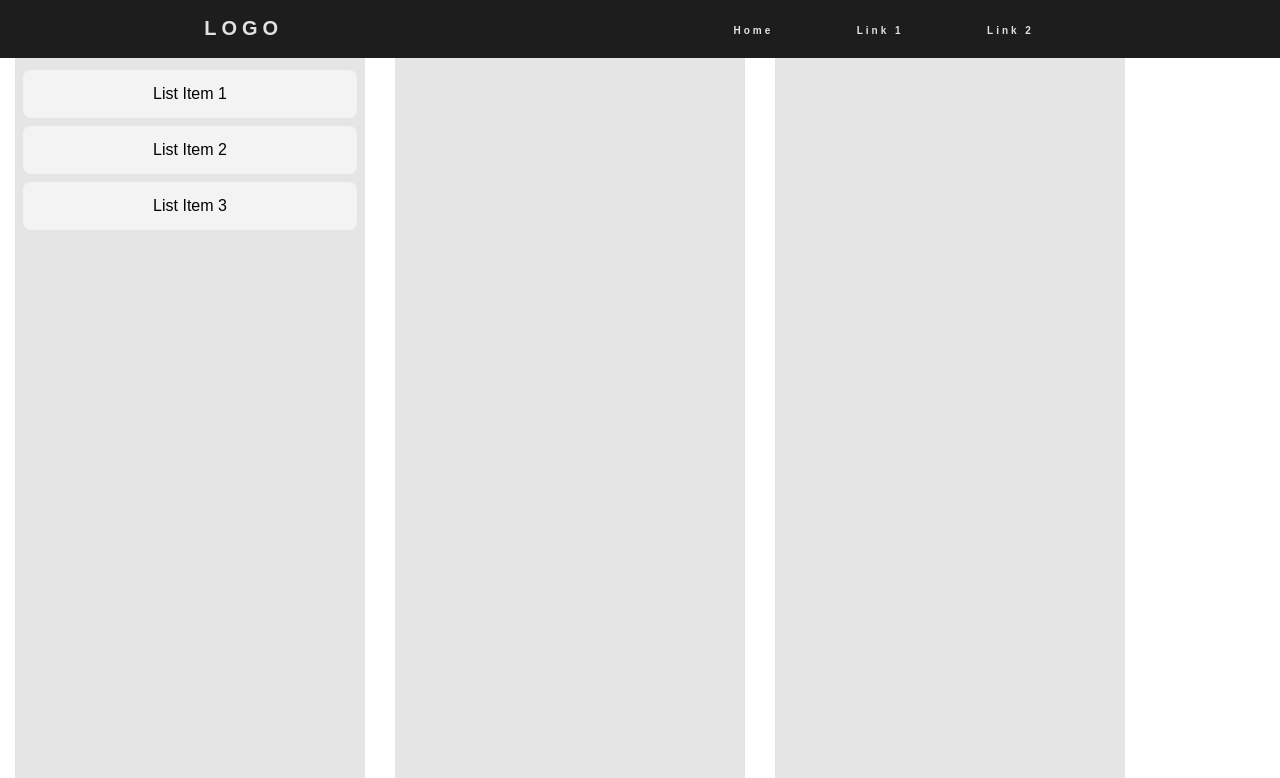
Repository: nourabdelhakam/drag-drop
Page: index.html
These files come from the project's save history. The page is drawn as it stood at one moment and after the next save; the edit follows.
The browser window is 1280 px wide. The pictures show the whole page.

Above is the page before, as saved 2020-07-03 07:26:41.

### index.html
<!DOCTYPE html>
<html lang="en">
<head>
    <meta charset="UTF-8">
    <meta name="viewport" content="width=device-width, initial-scale=1.0">
    <meta http-equiv="X-UA-Compatible" content="ie=edge">
    <title>Drag & Drop</title>
    <link rel="stylesheet" href="nav/nav.css">
    <link rel="stylesheet" href="css/main.css">
</head>
<body>

    <!-- <nav> -->
        <nav>
            <div class="logo">
                <h4>LOGO</h4>
            </div>
            <ul class="nav-links">
                <li><a href="">Home</a></li>
                <li><a href="">Link 1</a></li>
                <li><a href="">Link 2</a></li>
            </ul>
            <div class="burger">
                <div class="line1"></div>
                <div class="line2"></div>
                <div class="line3"></div>
            </div>
        </nav>
      <!-- </nav> end of nav -->

      <div class="container">
          <div class="lists">
              <div class="list">
                  <div class="list-item" draggable="true">List Item 1</div>
                  <div class="list-item" draggable="true">List Item 2</div>
                  <div class="list-item" draggable="true">List Item 3</div>
              </div>
              <div class="list"></div>
              <div class="list"></div>
          </div>
      </div>


    <script src="main.js" type="text/javascript"></script>
    <script src="nav/nav.js" type="text/javascript"></script>
</body>
</html>

### nav/nav.css
nav {
    display: flex;
    justify-content: space-around;
    align-items: center;
    min-height: 8vh;
    background-color: #1D1D1D;
    font-family: "Poppins", sans-serif;
}
.logo {
    color: rgb(226, 226, 226);
    text-transform: uppercase;
    letter-spacing: 5px;
    font-size: 20px;
}
.nav-links {
    display: flex;
    justify-content: space-around;
    width: 30%;
}
.nav-links li {
    list-style: none;
}
.nav-links a {
    color: rgb(226, 226, 226);
    text-decoration: none;
    letter-spacing: 3px;
    font-weight: bold;
    font-size: 10px;
}
.burger {
    display: none;
    cursor: pointer;
}
.burger div {
    width: 25px;
    height: 3px;
    background-color: rgb(226, 226, 226);
    margin: 5px;
    transition: all 0.3s ease;
}


@media screen and (max-width:1024px) {
    .nav-links {
        width: 60%;
    }
}

@media screen and (max-width:768px) {

    body {
        overflow-x: hidden;
    }
    .nav-links {
        position: absolute;
        right: 0px;
        height: 92vh;
        top: 8vh;
        background-color: #1D1D1D;
        display: flex;
        flex-direction: column;
        align-items: center;
        width: 50%;
        transform: translatex(100%);
        transition: transform 0.5s ease-in;
    }
    .nav-links li {
        opacity: 0;
    }
    .burger {
        display: block;
    }
}

.nav-active {
    transform: translatex(0%);
}

@keyframes navLinkFade {
    from {
        opacity: 0;
        transform: translatex(50%);
    }
    to {
        opacity: 1;
        transform: translatex(0%);
    }
}

.toggle .line1 {
    transform: rotate(-45deg) translate(-5px, 6px);
}
.toggle .line2 {
    opacity: 0;
}
.toggle .line3 {
    transform: rotate(45deg) translate(-5px, -6px);
}

.landing {
    height: 90vh;
    display: flex;
    justify-content: center;
    align-items: center;
}
.landing h1 {
    margin: 100px;
    font-size: 50px;
    color: #ae5fce;
}

### css/main.css
* {
    margin: 0;
    padding: 0;
    box-sizing: border-box;
}
body {
    font-family: Arial, Helvetica, sans-serif;
}
.container {
    display: flex;
    flex-flow: column;
    width: 100vw;
    height: 100vh;
}
.lists {
    display: flex;
    flex: 1;
    width: 100%;
    /* overflow: scroll; */
}
.lists .list {
    display: flex;
    flex-flow: column;
    flex: 1;

    width: 100%;
    min-width: 250px;
    max-width: 350px;
    height: 100%;
    min-height: 150px;

    background-color: rgba(0, 0, 0, 0.1);
    margin: 0 15px;
    padding: 8px;
    transition: all 0.2s linear;
}
.lists .list .list-item {
    background-color: #F3F3F3;
    border-radius: 8px;
    padding: 15px 20px;
    text-align: center;
    margin: 4px 0;
}

### nav/nav.js
const navSlide = () => {
    const burger = document.querySelector('.burger');
    const nav = document.querySelector('.nav-links');
    const navLinks = document.querySelectorAll('.nav-links li');


    burger.addEventListener('click', () => {

        //Toggle Nav
        nav.classList.toggle('nav-active');

        //Animate Links
        navLinks.forEach((link, index) => {

            if (link.style.animation) {
                link.style.animation = '';
            } else {
                link.style.animation = `navLinkFade 0.5s ease forwards ${index / 7 + 0.3}s`;
            }

        });

        //Burger Animation
        burger.classList.toggle('toggle');
    });

}

navSlide();

Loaded but not shown: main.js (no stored copy; drawn as an empty file)

After the next save:
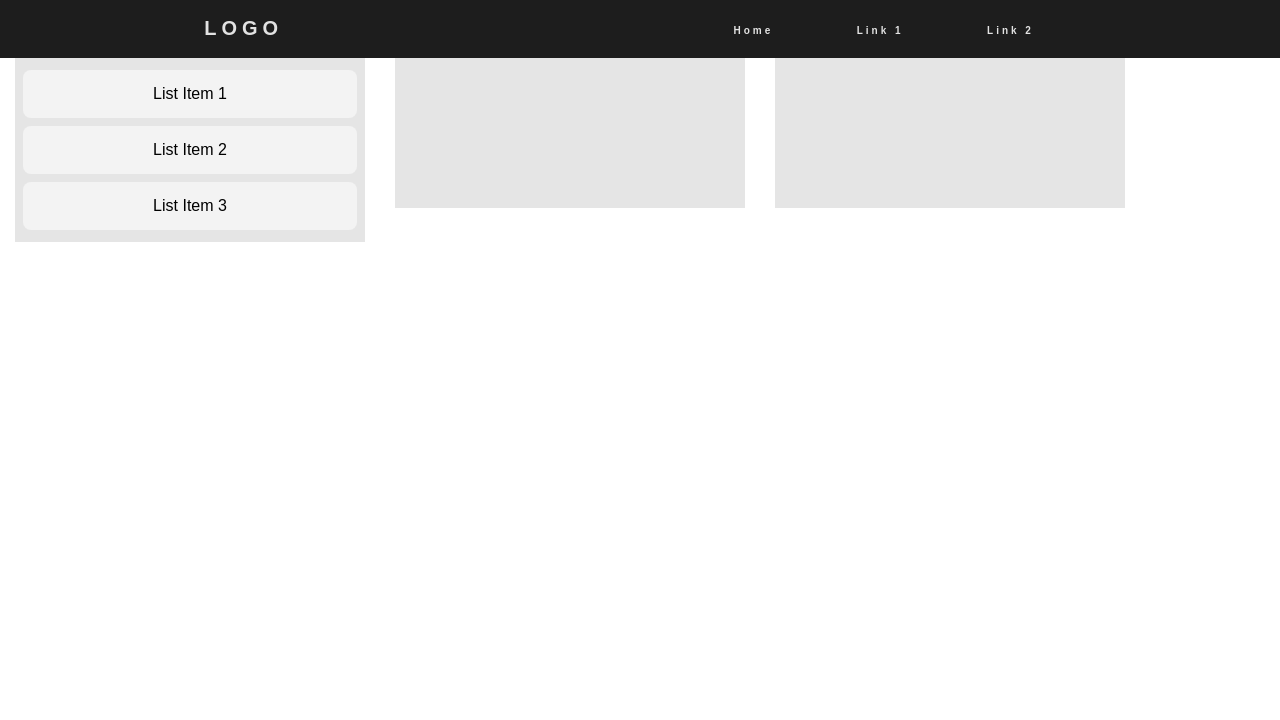
Saved 30 s later.
--- a/css/main.css
+++ b/css/main.css
@@ -9,8 +9,8 @@ body {
 .container {
     display: flex;
     flex-flow: column;
-    width: 100vw;
-    height: 100vh;
+    /* width: 100vw;
+    height: 100vh; */
 }
 .lists {
     display: flex;
